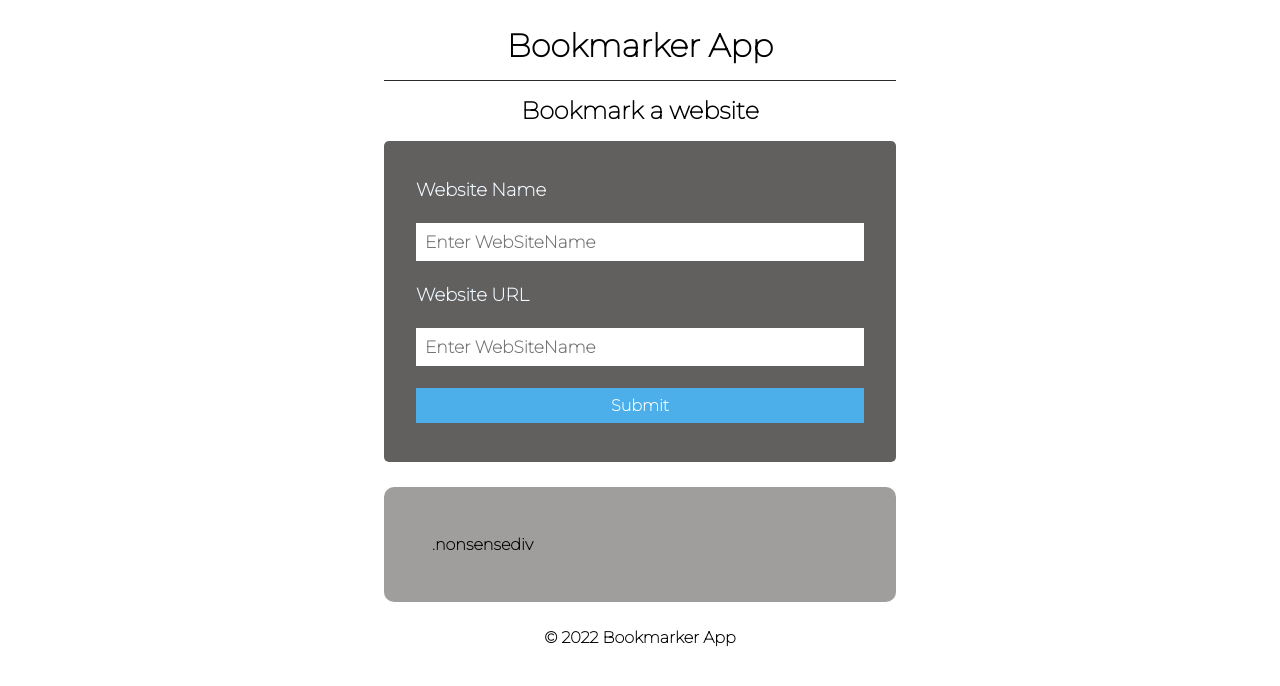
Repository: Suporl9/BookMarkerApp
Page: index.html
An editor plug-in stored every save of this project. The page is shown before and after the next save, followed by the edit.
The browser window is 1280 px wide. The pictures show the whole page.

Above is the page before, as saved 2021-11-23 21:56:06.

### index.html
<!DOCTYPE html>
<html lang="en">
  <head>
    <meta charset="UTF-8" />
    <meta http-equiv="X-UA-Compatible" content="IE=edge" />
    <meta name="viewport" content="width=device-width, initial-scale=1.0" />
    <link rel="stylesheet" href="./style.css" />
    <title>Document</title>
  </head>
  <body onload="fetchBookMarkData()">
    <div class="container">
      <div class="innerContainer">
        <div class="ininContainer">
          <div class="bookmarkerSection"><h1>Bookmarker App</h1></div>
          <!-- <h1>Bookmarker App</h1> -->
          <div class="vh"></div>
          <div class="formInput">
            <form class="formSec">
              <h2 class="h2class">Bookmark a website</h2>
              <div class="sitesec">
                <label class="labc" name="siteName">Website Name</label>
                <input
                  type="text"
                  name="sitename"
                  id="sitenameid"
                  placeholder="Enter WebSiteName"
                  class="inpClass"
                />
                <label class="labc" name="siteName">Website URL</label>
                <input
                  type="text"
                  name="sitename"
                  id="urlid"
                  class="inpClass"
                  placeholder="Enter WebSiteName"
                />
                <button class="submBtn">Submit</button>
              </div>
            </form>
          </div>
          <div class="toBeAdded">.nonsensediv</div>
          <footer class="footer">
            <p>&copy; 2022 Bookmarker App</p>
          </footer>
        </div>
      </div>
    </div>
    <script src="main.js"></script>
  </body>
</html>

### style.css
@import url("https://fonts.googleapis.com/css2?family=Montserrat:wght@100&display=swap");

:root {
  --main-bg-color: rgb(255, 255, 255);
  --main-grey: rgb(97, 96, 95);
}
* {
  font-family: "Montserrat", sans-serif;
  box-sizing: border-box; /* includes padding in height and width(the box outside doesnot get bigger when adding padding and stuff)*/
  margin: 0;
  padding: 0;
  font-weight: bold;
  border: none;
}
body {
  width: 80%;
  margin: auto;
}
.container {
  font-family: "Montserrat", sans-serif;

  display: flex;
  justify-content: center;
}
.innerContainer {
  /* display: flex;
  flex-direction: column; */
  width: 50%;
  margin: auto;
  /* justify-content: center;
  align-self: center; */
}
.ininContainer {
  display: flex;
  flex-direction: column;
  margin-top: 5%;
  /* align-content: center; */
  /* justify-content: center; */
}
.bookmarkerSection {
  display: flex;
  justify-content: center;
}
.vh {
  border-bottom: 1px solid rgb(43, 42, 42);
  margin-top: 3%;
}
/* .formInput {
  display: flex;
  flex-direction: column;
  justify-content: center;
} */
.h2class {
  align-self: center;
  margin-bottom: 3%;
}
.formSec {
  display: flex;
  flex-direction: column;
  margin-top: 3%;
  /* justify-content: end; */
  /* width: 0%; */
  /* align-content: center; */
}
.sitesec {
  display: flex;
  flex-direction: column;
  background-color: var(--main-grey);
  padding: 1rem 2rem;
  /* padding-bottom: 2rem; */
  border-radius: 5px;
  color: aliceblue;
}
.submBtn {
  margin-top: 5%;
  margin-bottom: 5%;
  padding: 0.5rem;
  color: rgb(255, 255, 255);
  /* font-size: 14px; */
  font-size: 16px;
  font-weight: 900;
  background-color: rgb(76, 175, 233);
}
.inpClass {
  margin-top: 5%;
  padding: 2%;
  outline: none;
  font-size: 17px;
}
.labc {
  margin-top: 5%;
  font-size: 18px;
}
.footer {
  margin-top: 5%;
  align-self: center;
}
/* .formSec,
.sitesec {
  display: flex;
  flex-direction: column;
} */
/* .sitesec {
  display: flex;
  flex-direction: column;
}
 */
.toBeAdded {
  background-color: rgb(160, 157, 157);
  border-radius: 10px;
  padding: 3rem;
  margin-top: 5%;
}
.nonesensediv {
  background-color: rgb(36, 36, 36);
  margin: 2% 0;
  border-radius: 5px;
  padding: 1rem;
  color: aliceblue;
  display: flex;
  flex-direction: column;
  /* justify-content: center; */
  align-items: center;
}
.pip {
  margin-bottom: 5%;
}

### main.js
//// @ts-check

let button = document.querySelector(".formSec");
button.addEventListener("submit", eventFunctionSubmit);
let sitename = document.getElementById("sitenameid");
let url = document.getElementById("urlid");

let hello = localStorage.getItem("data");
let retrivedData = JSON.parse(hello);
console.log("retrieved", retrivedData);

let arrayForData = [];
if (hello != null) {
  retrivedData.forEach((element) => {
    arrayForData.push(element);
  });
} else {
  arrayForData = [];
}

console.log("arrayfordata", arrayForData);

function eventFunctionSubmit(e) {
  e.preventDefault();

  console.log("it works?");
  let site = { sitenamekey: sitename.value, urlkey: url.value };
  arrayForData.push(site);

  localStorage.setItem("data", JSON.stringify(arrayForData));
}

console.log("hello", JSON.parse(hello));

// let toBeRenderedArrayList = [];
// let listt = document.getElementById("ullist");

// arrayForData.forEach((arr) => {
//   toBeRenderedArrayList.push(
//     "<div class=nonesensediv>" +
//       "<p class=pip>" +
//       arr.sitenamekey +
//       "</p>" +
//       "<h4>" +
//       arr.urlkey +
//       "</h4>" +
//       "</div>"
//   );
// });
// listt.innerHTML = toBeRenderedArrayList.join(" ");
function fetchBookMarkData() {
  let fetchedBookmarks = JSON.parse(localStorage.getItem("data"));
  console.log("fetchedbokks", fetchedBookmarks);
}

After the next save:
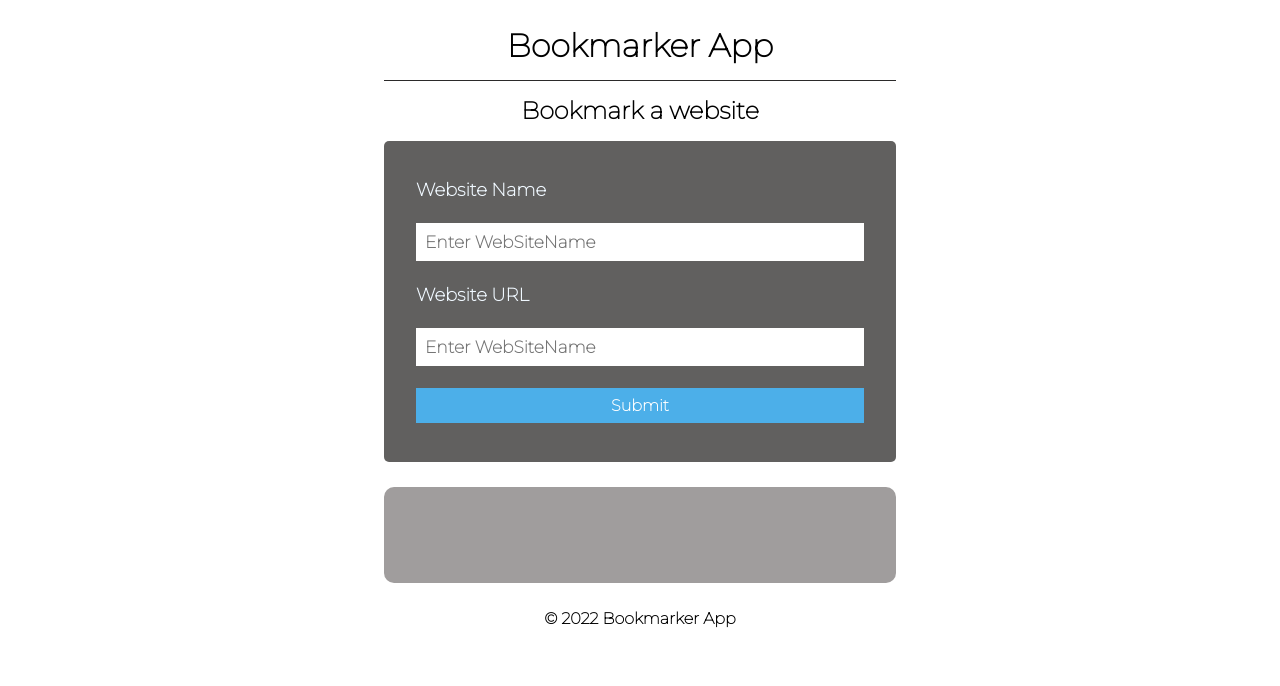
Saved 5 s later.
--- a/index.html
+++ b/index.html
@@ -38,7 +38,9 @@
               </div>
             </form>
           </div>
-          <div class="toBeAdded">.nonsensediv</div>
+          <div class="toBeAdded">
+            <div class="nonsensediv"></div>
+          </div>
           <footer class="footer">
             <p>&copy; 2022 Bookmarker App</p>
           </footer>

After the save that followed:
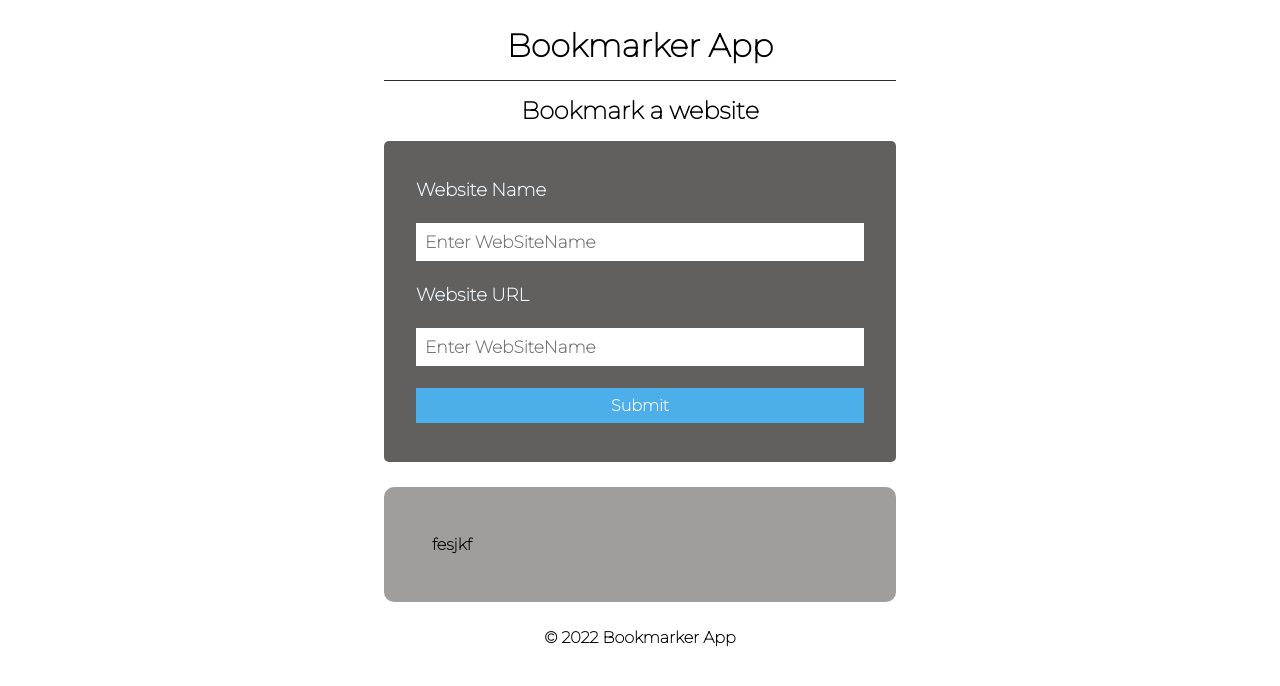
Saved 5 s later.
--- a/index.html
+++ b/index.html
@@ -39,7 +39,7 @@
             </form>
           </div>
           <div class="toBeAdded">
-            <div class="nonsensediv"></div>
+            <div class="nonsensediv">fesjkf</div>
           </div>
           <footer class="footer">
             <p>&copy; 2022 Bookmarker App</p>
